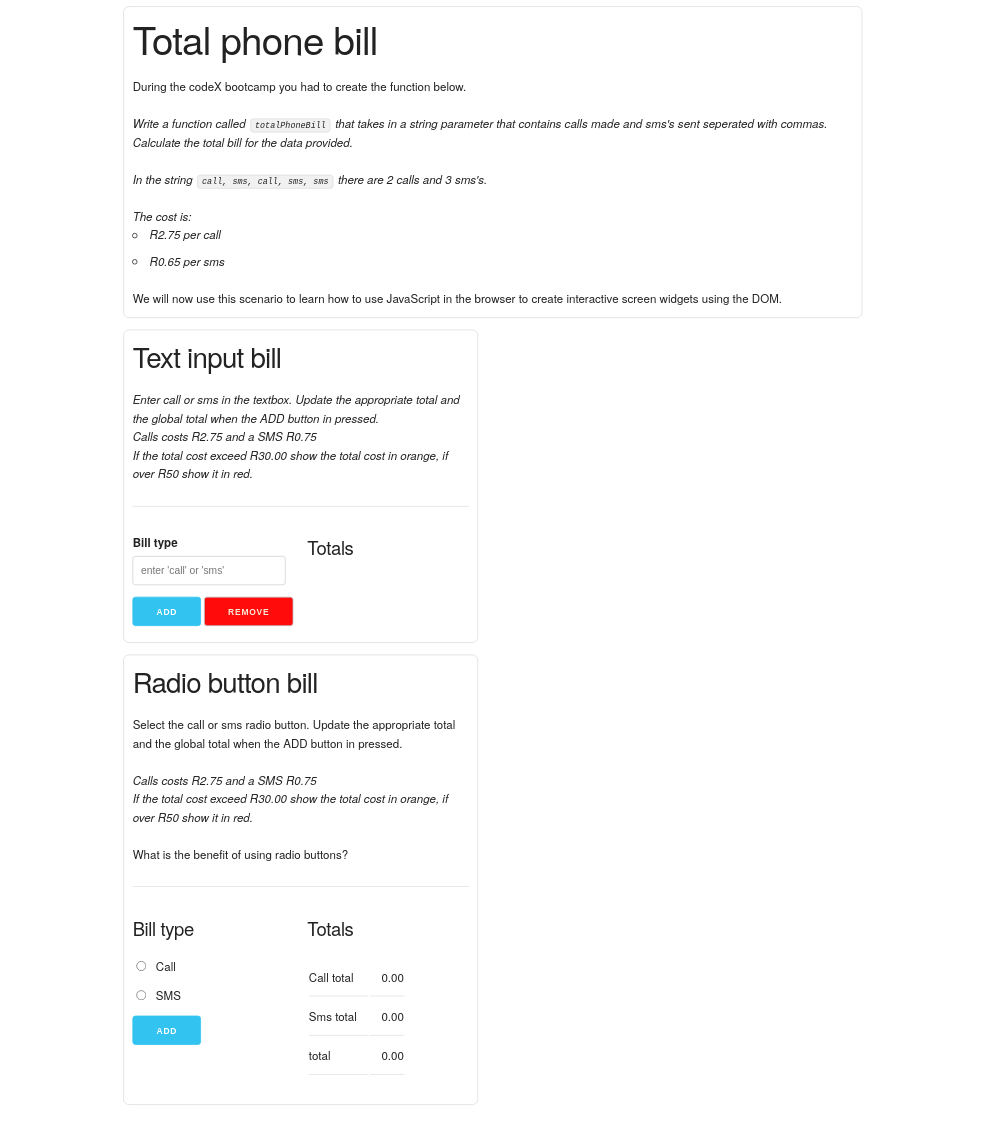
Repository: lasity34/Dom-intro-handlebars
Page: index.html
These files come from the project's save history. The page is drawn as it stood at one moment and after the next save; the edit follows.
The browser window is 1280 px wide. The pictures show the whole page, at 77% of full size.
Some web libraries are served in a nearby version.

Above is the page before, as saved 2023-05-08 14:10:12.
Console error: TypeError: Cannot set properties of null (setting 'innerHTML')

### index.html
<!DOCTYPE html>
<html>
  <head>
    <meta charset="utf-8" />
    <title></title>
    <link rel="stylesheet" href="css/skeleton.css" />
    <link rel="stylesheet" href="css/style.css" />
    <script src="https://cdnjs.cloudflare.com/ajax/libs/handlebars.js/4.0.11/handlebars.min.js"></script>
    <script type="text/x-template" id="billTemplate">
      {{#each differentCosts}}
      <tr >
      <td>{{name}} total</td>
      <td><span class=" {{this.extraClass}}" >{{total}}</span></td>
      </tr>
      {{/each}}
    </script>

  </head>
  <body>
    <div class="container">
      <div class="row">
        <div class="twelve columns box">
          <h1>Total phone bill</h1>

          <div class="">
            During the codeX bootcamp you had to create the function below.
          </div>

          <br />

          <div class="">
            <i
              >Write a function called <code>totalPhoneBill</code> that takes in
              a string parameter that contains calls made and sms's sent
              seperated with commas. Calculate the total bill for the data
              provided. <br /><br />
              In the string <code>call, sms, call, sms, sms</code> there are 2
              calls and 3 sms's.
              <br />
              <br />
              The cost is:
              <ul>
                <li>R2.75 per call</li>
                <li>R0.65 per sms</li>
              </ul>
            </i>
          </div>

          <div class="">
            We will now use this scenario to learn how to use JavaScript in the
            browser to create interactive screen widgets using the DOM.
          </div>
        </div>
      </div>
      <div class="row">

        <div class="six columns box">
          <!--  text input bill -->
          <h3>Text input bill</h3>

          <div class="">
            <i
              >Enter call or sms in the textbox. Update the appropriate total
              and the global total when the ADD button in pressed.</i
            >
          </div>
          <div class="">
            <i>Calls costs R2.75 and a SMS R0.75</i>
          </div>

          <div class="">
            <i
              >If the total cost exceed R30.00 show the total cost in orange, if
              over R50 show it in red.</i
            >
          </div>
          <hr />

          <div class="row">
            <div class="six columns">
              <label for="">Bill type</label>
              <input
                type="text"
                name=""
                value=""
                placeholder="enter 'call' or 'sms' "
                class="billTypeText"
              />
              <button
                class="button-primary addToBillBtn"
                type="button"
                name="button"
              >
                Add
              </button>
              <button class="resetBtn" type="button" name="button">
                Remove
              </button>
            </div>
            <div class="six columns">
              <h5>Totals</h5>
              <table class="textTotals"></table>
            </div>
          </div>
        </div>
      </div>
      <div class="row">
        <div class="six columns box">
          <h3>Radio button bill</h3>

          <div class="">
            Select the call or sms radio button. Update the appropriate total
            and the global total when the ADD button in pressed.
          </div>
          <br />
          <div class="">
            <i>Calls costs R2.75 and a SMS R0.75</i>
          </div>

          <div class="">
            <i
              >If the total cost exceed R30.00 show the total cost in orange, if
              over R50 show it in red.</i
            >
          </div>
          <br />
          <div class="">What is the benefit of using radio buttons?</div>

          <hr />

          <div class="row">
            <div class="six columns">
              <h5>Bill type</h5>
              <label class="">
                <input
                  type="radio"
                  name="billItemType"
                  class="billItemTypeRadio"
                  value="call"
                />
                <span class="label-body">Call</span>
              </label>
              <label class="">
                <input
                  type="radio"
                  name="billItemType"
                  class="billItemTypeRadio"
                  value="sms"
                />
                <span class="label-body">SMS</span>
              </label>
              <button
                class="button-primary radioBillAddBtn"
                type="button"
                name="button"
              >
                Add
              </button>
            </div>
            <div class="six columns">
              <h5>Totals</h5>
              <table class="radioTotals"></table>
            </div>
          </div>
        </div>
          </div>
        </div>
      </div>
    </div>


    <script src="./js/text-bill.js" charset="utf-8"></script>
    <script src="./js/radio-bill.js" charset="utf-8"></script>

  </body>
</html>

<!-- billTotal -->

### css/skeleton.css
/*
* Skeleton V2.0.4
* Copyright 2014, Dave Gamache
* www.getskeleton.com
* Free to use under the MIT license.
* http://www.opensource.org/licenses/mit-license.php
* 12/29/2014
*/


/* Table of contents
––––––––––––––––––––––––––––––––––––––––––––––––––
- Grid
- Base Styles
- Typography
- Links
- Buttons
- Forms
- Lists
- Code
- Tables
- Spacing
- Utilities
- Clearing
- Media Queries
*/


/* Grid
–––––––––––––––––––––––––––––––––––––––––––––––––– */
.container {
  position: relative;
  width: 100%;
  max-width: 960px;
  margin: 0 auto;
  padding: 0 20px;
  box-sizing: border-box; }
.column,
.columns {
  width: 100%;
  float: left;
  box-sizing: border-box; }

/* For devices larger than 400px */
@media (min-width: 400px) {
  .container {
    width: 85%;
    padding: 0; }
}

/* For devices larger than 550px */
@media (min-width: 550px) {
  .container {
    width: 80%; }
  .column,
  .columns {
    margin-left: 4%; }
  .column:first-child,
  .columns:first-child {
    margin-left: 0; }

  .one.column,
  .one.columns                    { width: 4.66666666667%; }
  .two.columns                    { width: 13.3333333333%; }
  .three.columns                  { width: 22%;            }
  .four.columns                   { width: 30.6666666667%; }
  .five.columns                   { width: 39.3333333333%; }
  .six.columns                    { width: 48%;            }
  .seven.columns                  { width: 56.6666666667%; }
  .eight.columns                  { width: 65.3333333333%; }
  .nine.columns                   { width: 74.0%;          }
  .ten.columns                    { width: 82.6666666667%; }
  .eleven.columns                 { width: 91.3333333333%; }
  .twelve.columns                 { width: 100%; margin-left: 0; }

  .one-third.column               { width: 30.6666666667%; }
  .two-thirds.column              { width: 65.3333333333%; }

  .one-half.column                { width: 48%; }

  /* Offsets */
  .offset-by-one.column,
  .offset-by-one.columns          { margin-left: 8.66666666667%; }
  .offset-by-two.column,
  .offset-by-two.columns          { margin-left: 17.3333333333%; }
  .offset-by-three.column,
  .offset-by-three.columns        { margin-left: 26%;            }
  .offset-by-four.column,
  .offset-by-four.columns         { margin-left: 34.6666666667%; }
  .offset-by-five.column,
  .offset-by-five.columns         { margin-left: 43.3333333333%; }
  .offset-by-six.column,
  .offset-by-six.columns          { margin-left: 52%;            }
  .offset-by-seven.column,
  .offset-by-seven.columns        { margin-left: 60.6666666667%; }
  .offset-by-eight.column,
  .offset-by-eight.columns        { margin-left: 69.3333333333%; }
  .offset-by-nine.column,
  .offset-by-nine.columns         { margin-left: 78.0%;          }
  .offset-by-ten.column,
  .offset-by-ten.columns          { margin-left: 86.6666666667%; }
  .offset-by-eleven.column,
  .offset-by-eleven.columns       { margin-left: 95.3333333333%; }

  .offset-by-one-third.column,
  .offset-by-one-third.columns    { margin-left: 34.6666666667%; }
  .offset-by-two-thirds.column,
  .offset-by-two-thirds.columns   { margin-left: 69.3333333333%; }

  .offset-by-one-half.column,
  .offset-by-one-half.columns     { margin-left: 52%; }

}


/* Base Styles
–––––––––––––––––––––––––––––––––––––––––––––––––– */
/* NOTE
html is set to 62.5% so that all the REM measurements throughout Skeleton
are based on 10px sizing. So basically 1.5rem = 15px :) */
html {
  font-size: 62.5%; }
body {
  font-size: 1.5em; /* currently ems cause chrome bug misinterpreting rems on body element */
  line-height: 1.6;
  font-weight: 400;
  font-family: "Raleway", "HelveticaNeue", "Helvetica Neue", Helvetica, Arial, sans-serif;
  color: #222; }


/* Typography
–––––––––––––––––––––––––––––––––––––––––––––––––– */
h1, h2, h3, h4, h5, h6 {
  margin-top: 0;
  margin-bottom: 2rem;
  font-weight: 300; }
h1 { font-size: 4.0rem; line-height: 1.2;  letter-spacing: -.1rem;}
h2 { font-size: 3.6rem; line-height: 1.25; letter-spacing: -.1rem; }
h3 { font-size: 3.0rem; line-height: 1.3;  letter-spacing: -.1rem; }
h4 { font-size: 2.4rem; line-height: 1.35; letter-spacing: -.08rem; }
h5 { font-size: 1.8rem; line-height: 1.5;  letter-spacing: -.05rem; }
h6 { font-size: 1.5rem; line-height: 1.6;  letter-spacing: 0; }

/* Larger than phablet */
@media (min-width: 550px) {
  h1 { font-size: 5.0rem; }
  h2 { font-size: 4.2rem; }
  h3 { font-size: 3.6rem; }
  h4 { font-size: 3.0rem; }
  h5 { font-size: 2.4rem; }
  h6 { font-size: 1.5rem; }
}

p {
  margin-top: 0; }


/* Links
–––––––––––––––––––––––––––––––––––––––––––––––––– */
a {
  color: #1EAEDB; }
a:hover {
  color: #0FA0CE; }


/* Buttons
–––––––––––––––––––––––––––––––––––––––––––––––––– */
.button,
button,
input[type="submit"],
input[type="reset"],
input[type="button"] {
  display: inline-block;
  height: 38px;
  padding: 0 30px;
  color: #555;
  text-align: center;
  font-size: 11px;
  font-weight: 600;
  line-height: 38px;
  letter-spacing: .1rem;
  text-transform: uppercase;
  text-decoration: none;
  white-space: nowrap;
  background-color: transparent;
  border-radius: 4px;
  border: 1px solid #bbb;
  cursor: pointer;
  box-sizing: border-box; }
.button:hover,
button:hover,
input[type="submit"]:hover,
input[type="reset"]:hover,
input[type="button"]:hover,
.button:focus,
button:focus,
input[type="submit"]:focus,
input[type="reset"]:focus,
input[type="button"]:focus {
  color: #333;
  border-color: #888;
  outline: 0; }
.button.button-primary,
button.button-primary,
input[type="submit"].button-primary,
input[type="reset"].button-primary,
input[type="button"].button-primary {
  color: #FFF;
  background-color: #33C3F0;
  border-color: #33C3F0; }
.button.button-primary:hover,
button.button-primary:hover,
input[type="submit"].button-primary:hover,
input[type="reset"].button-primary:hover,
input[type="button"].button-primary:hover,
.button.button-primary:focus,
button.button-primary:focus,
input[type="submit"].button-primary:focus,
input[type="reset"].button-primary:focus,
input[type="button"].button-primary:focus {
  color: #FFF;
  background-color: #1EAEDB;
  border-color: #1EAEDB; }


/* Forms
–––––––––––––––––––––––––––––––––––––––––––––––––– */
input[type="email"],
input[type="number"],
input[type="search"],
input[type="text"],
input[type="tel"],
input[type="url"],
input[type="password"],
textarea,
select {
  height: 38px;
  padding: 6px 10px; /* The 6px vertically centers text on FF, ignored by Webkit */
  background-color: #fff;
  border: 1px solid #D1D1D1;
  border-radius: 4px;
  box-shadow: none;
  box-sizing: border-box; }
/* Removes awkward default styles on some inputs for iOS */
input[type="email"],
input[type="number"],
input[type="search"],
input[type="text"],
input[type="tel"],
input[type="url"],
input[type="password"],
textarea {
  -webkit-appearance: none;
     -moz-appearance: none;
          appearance: none; }
textarea {
  min-height: 65px;
  padding-top: 6px;
  padding-bottom: 6px; }
input[type="email"]:focus,
input[type="number"]:focus,
input[type="search"]:focus,
input[type="text"]:focus,
input[type="tel"]:focus,
input[type="url"]:focus,
input[type="password"]:focus,
textarea:focus,
select:focus {
  border: 1px solid #33C3F0;
  outline: 0; }
label,
legend {
  display: block;
  margin-bottom: .5rem;
  font-weight: 600; }
fieldset {
  padding: 0;
  border-width: 0; }
input[type="checkbox"],
input[type="radio"] {
  display: inline; }
label > .label-body {
  display: inline-block;
  margin-left: .5rem;
  font-weight: normal; }


/* Lists
–––––––––––––––––––––––––––––––––––––––––––––––––– */
ul {
  list-style: circle inside; }
ol {
  list-style: decimal inside; }
ol, ul {
  padding-left: 0;
  margin-top: 0; }
ul ul,
ul ol,
ol ol,
ol ul {
  margin: 1.5rem 0 1.5rem 3rem;
  font-size: 90%; }
li {
  margin-bottom: 1rem; }


/* Code
–––––––––––––––––––––––––––––––––––––––––––––––––– */
code {
  padding: .2rem .5rem;
  margin: 0 .2rem;
  font-size: 90%;
  white-space: nowrap;
  background: #F1F1F1;
  border: 1px solid #E1E1E1;
  border-radius: 4px; }
pre > code {
  display: block;
  padding: 1rem 1.5rem;
  white-space: pre; }


/* Tables
–––––––––––––––––––––––––––––––––––––––––––––––––– */
th,
td {
  padding: 12px 15px;
  text-align: left;
  border-bottom: 1px solid #E1E1E1; }
th:first-child,
td:first-child {
  padding-left: 0; }
th:last-child,
td:last-child {
  padding-right: 0; }


/* Spacing
–––––––––––––––––––––––––––––––––––––––––––––––––– */
button,
.button {
  margin-bottom: 1rem; }
input,
textarea,
select,
fieldset {
  margin-bottom: 1.5rem; }
pre,
blockquote,
dl,
figure,
table,
p,
ul,
ol,
form {
  margin-bottom: 2.5rem; }


/* Utilities
–––––––––––––––––––––––––––––––––––––––––––––––––– */
.u-full-width {
  width: 100%;
  box-sizing: border-box; }
.u-max-full-width {
  max-width: 100%;
  box-sizing: border-box; }
.u-pull-right {
  float: right; }
.u-pull-left {
  float: left; }


/* Misc
–––––––––––––––––––––––––––––––––––––––––––––––––– */
hr {
  margin-top: 3rem;
  margin-bottom: 3.5rem;
  border-width: 0;
  border-top: 1px solid #E1E1E1; }


/* Clearing
–––––––––––––––––––––––––––––––––––––––––––––––––– */

/* Self Clearing Goodness */
.container:after,
.row:after,
.u-cf {
  content: "";
  display: table;
  clear: both; }


/* Media Queries
–––––––––––––––––––––––––––––––––––––––––––––––––– */
/*
Note: The best way to structure the use of media queries is to create the queries
near the relevant code. For example, if you wanted to change the styles for buttons
on small devices, paste the mobile query code up in the buttons section and style it
there.
*/


/* Larger than mobile */
@media (min-width: 400px) {}

/* Larger than phablet (also point when grid becomes active) */
@media (min-width: 550px) {}

/* Larger than tablet */
@media (min-width: 750px) {}

/* Larger than desktop */
@media (min-width: 1000px) {}

/* Larger than Desktop HD */
@media (min-width: 1200px) {}

### css/style.css
.box {
  padding: 0.75em;
  border-radius : 0.5em;
  border : 1px solid #ddd;
  height: auto;
  margin-bottom: 1em;
}


.warning {
  color: orange;
  font-weight: bold;
}

.danger {
  color: crimson;
  font-weight: bold;
}

.total {
  font-weight: bold;
  font-size: 2em;
}

.resetBtn {
  background-color: rgb(255, 11, 11);
  color: antiquewhite;
}

### js/text-bill.js
// get a reference to the textbox where the bill type is to be entered

//get a reference to the add button

//create a variable that will keep track of the total bill

//add an event listener for when the add button is pressed

//in the event listener check if the value in the bill type textbox is 'sms' or 'call'
// * add the appropriate value to the running total
// * add nothing for invalid values that is not 'call' or 'sms'.
// * display the latest total on the screen\index.html

const billTypeText = document.querySelector(".billTypeText");
const textTotalAddBtn = document.querySelector(".addToBillBtn");
const textTotalRemoveBtn = document.querySelector(".resetBtn");
const totalElem = document.querySelector(".total");
const textCostDataElem = document.querySelector("#dropDown");


let callsTotal = 0.0;
let smsTotal = 0.0;
let totaltext = 0.0;

function textBillTotal() {
  const billTypeEntered = billTypeText.value.trim();

  if (billTypeEntered === "call") {
    callsTotal += 2.75;
  } else if (billTypeEntered === "sms") {
    smsTotal += 0.75;
  }

  totaltext = callsTotal + smsTotal;
  updateTextTemplate();

}
function removeTotal() {
  callsTotal = 0;
  smsTotal = 0;
  totaltext = 0
  updateTextTemplate();
}

function updateTextTemplate() {
  const templateSource = document.querySelector("#billTemplate").innerHTML;
  const textTemplate = Handlebars.compile(templateSource);

  const costData = {
    differentCosts: [
      { name: "Call", total: callsTotal.toFixed(2), extraClass : "" },
      {
        name: "Sms",
        total: smsTotal.toFixed(2),
        extraClass : ""
      },
      {
        name: "",
        total: totaltext.toFixed(2),
        extraClass : totaltext > 50 ? "danger" : totaltext > 30 ? "warning" : ""
      },
    ],

  };

  const userDataHTML = textTemplate(costData);

  textCostDataElem.innerHTML = userDataHTML;
}

document.addEventListener("DOMContentLoaded", function () {
  updateTextTemplate();
});

textTotalAddBtn.addEventListener("click", textBillTotal);
textTotalRemoveBtn.addEventListener("click", removeTotal);

### js/radio-bill.js
// get a reference to the sms or call radio buttons

//get a reference to the add button

//create a variable that will keep track of the total bill

//add an event listener for when the add button is pressed

//in the event listener get the value from the billItemTypeRadio radio buttons
// * add the appropriate value to the running total
// * add nothing for invalid values that is not 'call' or 'sms'.
// * display the latest total on the screen

const radioBillAddBtnElement = document.querySelector(".radioBillAddBtn");

// "input[name='billItemType']:checked"
const callTotalTwoElement = document.querySelector(".callTotalTwo");
const smsTotalTwoElement = document.querySelector(".smsTotalTwo");
const totalTwoElement = document.querySelector(".totalTwo");

let smsTotalRadio = 0;
let callTotalRadio = 0;
let radioTotal = 0;
function calculateRadioBtn() {
  const checkedRadioBtnElement = document.querySelector(
    "input[name='billItemType']:checked"
  );

  if (checkedRadioBtnElement) {
    const billItemType = checkedRadioBtnElement.value;

    if (billItemType === "call") {
      callTotalRadio += 2.75;
    } else if (billItemType === "sms") {
      smsTotalRadio += 0.75;
    }
  }

  radioTotal = callTotalRadio + smsTotalRadio;

  updateRadioTemplate();

  const radioItem = document.querySelectorAll(".radioItem");


}

function updateRadioTemplate(type) {
  const templateSource = document.querySelector("#billTemplate").innerHTML;
  const userTemplate = Handlebars.compile(templateSource);
  const radioCostDataElem = document.querySelector(".radioTotals");
  const costData = {
    differentCosts: [
      { name: "Call", total: callTotalRadio.toFixed(2), extraClass : "" },
      {
        name: "Sms",
        total: smsTotalRadio.toFixed(2),
        extraClass : ""
      },
      {
        name: "",
        total: radioTotal.toFixed(2),
        extraClass : radioTotal > 50 ? "danger" : radioTotal > 30 ? "warning" : ''
      },
    ],

  };

  const userDataHTML = userTemplate(costData);
  radioCostDataElem.innerHTML = userDataHTML;
}

document.addEventListener("DOMContentLoaded", function () {
  updateRadioTemplate("radio");
});

radioBillAddBtnElement.addEventListener("click", calculateRadioBtn);

After the next save:
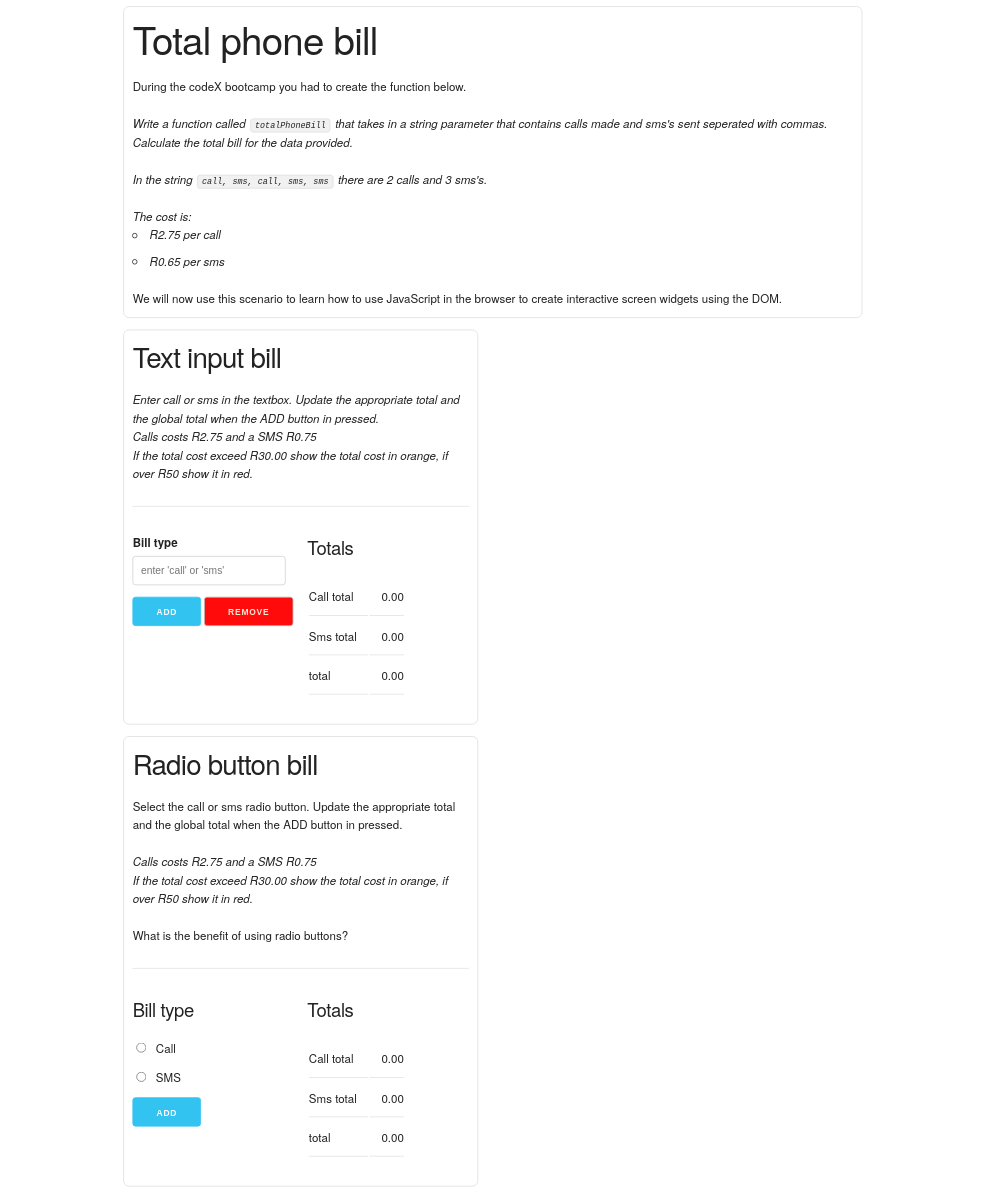
The error is gone.
Saved 96 s later.
--- a/js/text-bill.js
+++ b/js/text-bill.js
@@ -15,7 +15,7 @@ const billTypeText = document.querySelector(".billTypeText");
 const textTotalAddBtn = document.querySelector(".addToBillBtn");
 const textTotalRemoveBtn = document.querySelector(".resetBtn");
 const totalElem = document.querySelector(".total");
-const textCostDataElem = document.querySelector("#dropDown");
+const textCostDataElem = document.querySelector(".textTotals");
 
 
 let callsTotal = 0.0;
